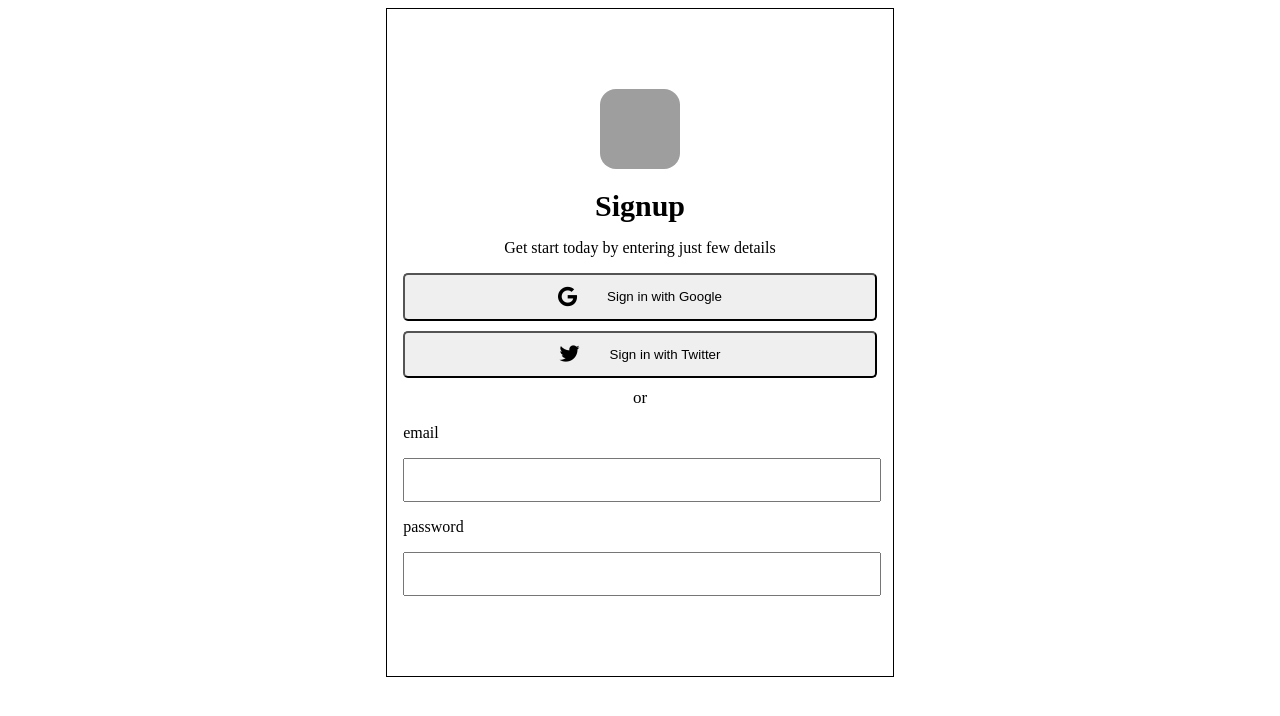
Repository: tungts3qb/Javascript
Page: sign-up/signup.html
The author's editor kept a copy of each file at every save. The page is drawn from the files as they stood at one save, then again after the next save.
The browser window is 1280 px wide. The pictures show the whole page.
Pictures or frames that could not be fetched are drawn as grey boxes.

Above is the page before, as saved 2022-12-26 22:50:12.

### sign-up/signup.html
<!DOCTYPE html>
<html lang="en">
  <head>
    <meta charset="UTF-8" />
    <meta http-equiv="X-UA-Compatible" content="IE=edge" />
    <meta name="viewport" content="width=device-width, initial-scale=1.0" />
    <link
      rel="stylesheet"
      href="https://cdnjs.cloudflare.com/ajax/libs/font-awesome/6.2.1/css/all.min.css"
      integrity="sha512-MV7K8+y+gLIBoVD59lQIYicR65iaqukzvf/nwasF0nqhPay5w/9lJmVM2hMDcnK1OnMGCdVK+iQrJ7lzPJQd1w=="
      crossorigin="anonymous"
      referrerpolicy="no-referrer"
    />
    <link rel="stylesheet" href="sign-up.css" />
    <title>Sign up</title>
  </head>
  <body>
    <div class="sign-up-form">
      <div class="sign-up-icon">
        <img
          src="https://images.unsplash.com/photo-1672037253340-1b8b99e8dceb?ixlib=rb-4.0.3&ixid=MnwxMjA3fDB8MHxwaG90by1wYWdlfHx8fGVufDB8fHx8&auto=format&fit=crop&w=387&q=80"
          alt="avatar"
          class="sign-up-logo"
        />
      </div>
      <h3 class="sign-up-title">Signup</h3>
      <p class="sign-up-desc">Get start today by entering just few details</p>
      <div class="sign-up-buttons">
        <button class="sign-up-google">
          <i class="fa-brands fa-google"></i>
          <p>Sign in with Google</p>
        </button>
        <button class="sign-up-twitter">
          <i class="fa-brands fa-twitter"></i>
          <p>Sign in with Twitter</p>
        </button>
      </div>
      <div class="sign-up-or">or</div>
      <div class="sign-up-input-form">
        <form action="" class="sign-up-input">
          <p class="sign-up-email">email</p>
          <input type="email" name="" id="" class="input_email" />
          <p class="sign-up-password">password</p>
          <input type="password" name="" id="" class="input_password" />
        </form>
      </div>
    </div>
  </body>
</html>

### sign-up/sign-up.css
.sign-up-form {
  width: 40%;
  height: auto;
  border: 1px solid black;
  margin: 0 auto;
  padding-bottom: 5rem;
}

.sign-up-icon img {
  width: 5rem;
  height: 5rem;
  border-radius: 1rem;
  object-fit: cover;
  margin-top: 5rem;
}

.sign-up-icon {
  display: flex;
  align-items: center;
  justify-content: center;
}

.sign-up-title {
  text-align: center;
  font-size: 30px;
  margin-top: 20px;
  margin-bottom: 10px;
}

.sign-up-desc {
  text-align: center;
}

.sign-up-buttons {
  display: flex;
  flex-direction: column;
  align-items: center;
}

.sign-up-google,
.sign-up-twitter {
  width: calc(100% - 2rem);
  display: flex;
  text-align: center;
  justify-content: center;
  margin-bottom: 10px;
  border-radius: 5px;
}

.sign-up-google i,
.sign-up-twitter i {
  margin-right: 20px;
  font-size: 20px;
  margin: auto 0;
  padding-right: 30px;
}

.sign-up-or {
  text-align: center;
  font-size: 17px;
}

.sign-up-input {
  width: 100%;
  margin: 0 auto;
}

/* .sign-up-input-form {
  display: flex;
  align-items: center;
  justify-content: center;
} */

.sign-up-input {
  width: calc(100% - 2rem);
}

.input_email,
.input_password {
  padding: 0;
  margin: 0;
  width: 100%;
  height: 2.5rem;
}

After the next save:
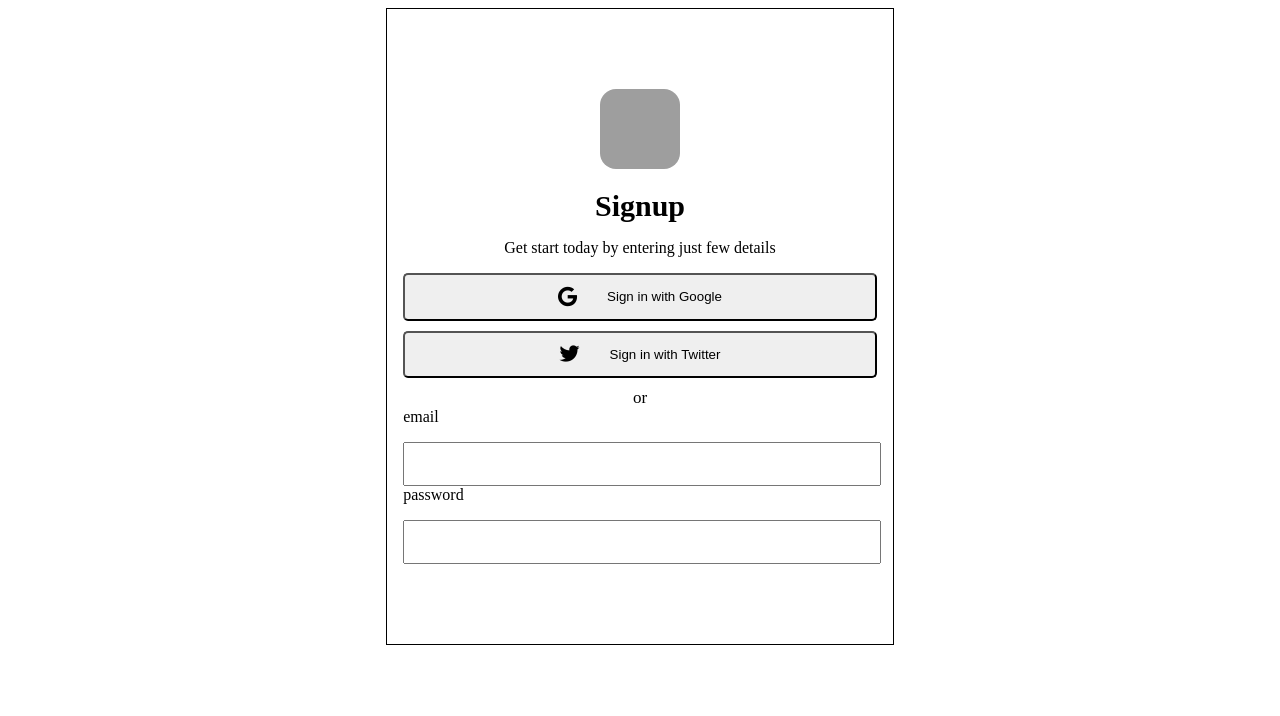
Saved 28 s later.
--- a/sign-up/sign-up.css
+++ b/sign-up/sign-up.css
@@ -82,3 +82,8 @@
   width: 100%;
   height: 2.5rem;
 }
+
+.sign-up-email,
+.sign-up-password {
+  margin-top: 0;
+}
